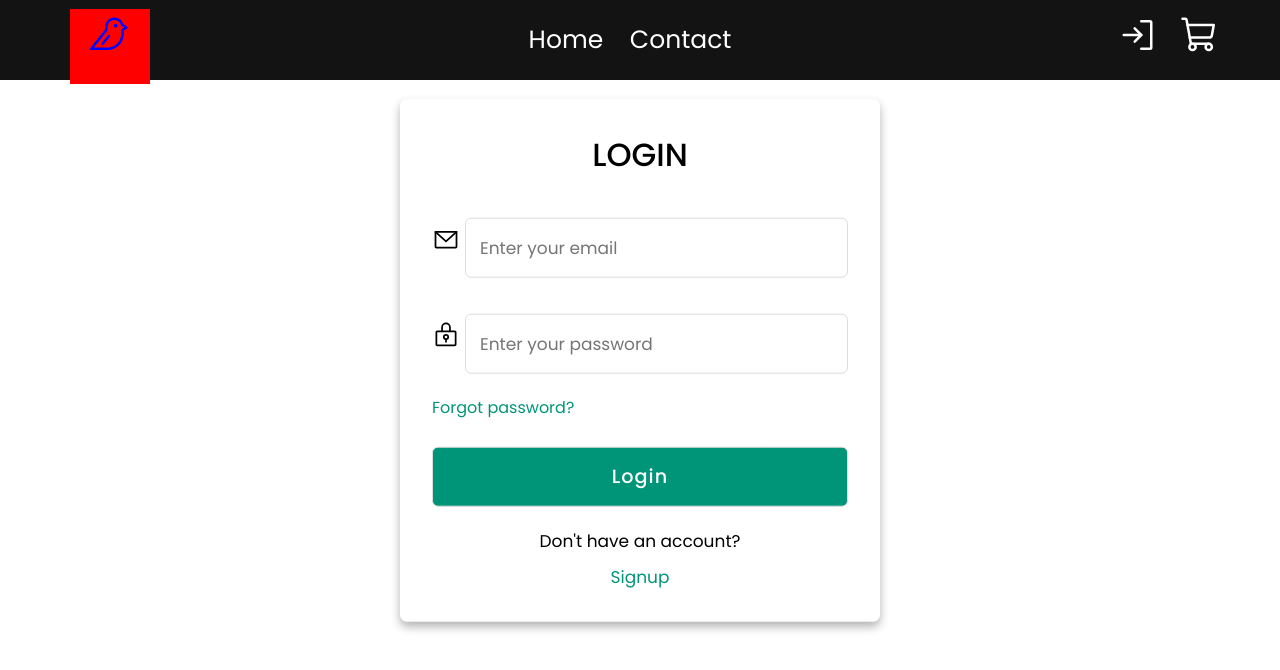
Repository: hoangdanh2/swp301
Page: /register
These files come from the project's save history. The page is drawn as it stood at one moment and after the next save; the edit follows.
The browser window is 1280 px wide. The pictures show the whole page.
The pointer rests on the first visible `.links a`.
The project was rebuilt for these pictures with package versions that can differ from the ones it lists, and the page was loaded fresh each time. Also part of the build but not shown: src/pages/shop/product.jsx, src/pages/shop/shop.css, src/pages/shop/shop.jsx, src/pages/contact/contact.jsx, src/pages/cart/cart-item.jsx, src/pages/cart/cart.css, src/pages/cart/cart.jsx.

Above is the page before, as saved 2023-05-29 12:58:34.

### src/App.js
import './App.css';
import { BrowserRouter as Router, Routes, Route } from "react-router-dom";
import { Navbar } from "./components/navbar";
import { Register } from "./pages/register/register";
import { Shop } from "./pages/shop/shop";
import { Contact } from "./pages/contact/contact";
import { Cart } from "./pages/cart/cart";
import { ShopContextProvider } from './context/shop-context';


function App() {
  return (
    <div className = "App">
      <ShopContextProvider>
        <Router>
          <Navbar />
          <Routes>
            <Route path = "/register" element = {<Register />} />
            <Route path = "/" element = {<Shop />} />
            <Route path = "/contact" element = {<Contact />} />
            <Route path = "/cart" element = {<Cart />} />
          </Routes>
        </Router>
      </ShopContextProvider>
    </div>
  );
}

export default App;

### src/App.css
.App {
  width: 100%;
  height: auto;
  min-height: 100vh;
  font-family: 'Segoe UI', Tahoma, Geneva, Verdana, sans-serif;
}

body {
  padding: 0;
  margin: 0;
}

### src/components/navbar.jsx
import React from "react";
import { Link } from "react-router-dom";
import { ShoppingCart, Bird, SignIn } from "phosphor-react";
import "./navbar.css";

export const Navbar = () => {
  return (
    <div className="navbar">
      <div className="links">
        <div className="icon">
          <Link to="/">
            <Bird size={40} />
          </Link>
        </div>
        <div className="middle">
          <Link to="/"> Home </Link>
          <Link to="/contact"> Contact</Link>
        </div>
        <div className="end">
            <Link to="/register">
                <SignIn size={40}/>
            </Link>
          <Link to="/cart">
            <ShoppingCart size={40} />
          </Link>
        </div>
      </div>
    </div>
  );
};

### src/pages/register/register.jsx
import React from "react";
import { EnvelopeSimple,LockKey } from "phosphor-react";
import "./register.css";

export const Register = () => {
  return (
    <div className="container">
    <input type="checkbox" id="check"></input>
    <div className="login form">
      <header>LOGIN</header>
      <form action="#">
        <div className="login-form">
        <span className="icon-login"><EnvelopeSimple size={28}></EnvelopeSimple></span>
        <input type="text" id="email" placeholder="Enter your email" required></input>
        <span className="icon-login"><LockKey size={28}></LockKey></span>
        <input type="password" id="password" placeholder="Enter your password" required></input>
        </div>
        <a href="#">Forgot password?</a>
        <input type="button" className="button" value="Login"></input>
      </form>
      <div className="signup">
        <span className="signup">Don't have an account?
         <label for="check">Signup</label>
        </span>
      </div>
    </div>
    <div className="registration form">
      <header>SIGNUP</header>
      <form action="#">
        <div className="login-form">
        <span className="icon-login"><EnvelopeSimple size={28}></EnvelopeSimple></span>
        <input type="text" id="email" placeholder="Enter your email" required></input>
        <span className="icon-login"><LockKey size={28}></LockKey></span>
        <input type="password" id="password" placeholder="Create a password" required></input>
        <span className="icon-login"><LockKey size={28}></LockKey></span>
        <input type="password" id="password"  placeholder="Confirm your password" required></input>
        <input type="button" className="button" value="Signup" required></input>
        </div>
      </form>
      <div className="signup">
        <span className="signup">Already have an account?
         <label for="check">Login</label>
        </span>
      </div>
    </div>
  </div>
  );
};

### src/context/shop-context.jsx
import { createContext, useEffect, useState } from "react";
import { PRODUCTS } from "../products";

export const ShopContext = createContext(null);

const getDefaultCart = () => {
    let cart = {};
    for (let i = 1; i < PRODUCTS.length + 1; i++) {
        cart[i] = 0;
    }
    return cart;
}

export const ShopContextProvider = (props) => {
    const [cartItems, setCartItems] = useState(getDefaultCart());

    const getTotalCartAmount = () => {
        let totalAmount = 0;
        for (const item in cartItems) {
            if (cartItems[item] > 0) {
                let itemInfo = PRODUCTS.find((product) => product.id === Number(item));
                totalAmount += cartItems[item] *itemInfo.price;
            }
        }
        return totalAmount;
    };

    const addToCart = (itemId) => {
        setCartItems((prev) => ({ ...prev, [itemId]: prev[itemId] + 1}));
    };

    const removeFromCart = (itemId) => {
        setCartItems((prev) => ({ ...prev, [itemId]: prev[itemId] - 1}));
    };

    const updateCartItemCount = (newAmount, itemId) => {
        setCartItems((prev) => ({ ...prev, [itemId]: newAmount }));
    };

    const checkout = () => {
        setCartItems(getDefaultCart());
    };

    const contextValue = {
        cartItems,
        addToCart,
        updateCartItemCount,
        removeFromCart,
        getTotalCartAmount,
        checkout,
    };

    return (
        <ShopContext.Provider value={contextValue}>
            {props.children}
        </ShopContext.Provider>
    );
};

### src/components/navbar.css
.navbar {
    width: 100%;
    height: 80px;
    background-color: rgb(19, 19, 19);
    display: flex;
    justify-content: center;
    align-items: center;
}

.links {
    margin-right: 50px;
    display: flex;
    align-items: center;
    justify-content: space-between;
    width: 100%;
}

.icon {
    margin-left: 50px;
}

.end {
    padding: 0 10px;
}

.links a {
    text-decoration: none;
    color: white;
    margin-left: 20px;
    font-size: 25px;
}
.links a:hover {
    width: 100%;
    color: blue;
    background-color: red;
    padding: 20px;
}

### src/pages/register/register.css
/* Import Google font - Poppins */
@import url('https://fonts.googleapis.com/css2?family=Poppins:wght@200;300;400;500;600;700&display=swap');
*{
  margin: 0;
  padding: 0;
  box-sizing: border-box;
  font-family: 'Poppins', sans-serif;
}

.container{
  position: absolute;
  top: 50%;
  left: 50%;
  transform: translate(-50%,-50%);
  max-width: 480px;
  width: 100%;
  background: #fff;
  border-radius: 7px;
  box-shadow: 0 5px 10px rgba(0,0,0,0.3);
}

.container .registration{
  display: none;
}

#check:checked ~ .registration{
  display: block;
}

#check:checked ~ .login{
  display: none;
}

#check{
  display: none;
}

.container .form{
  padding: 2rem;
}

.form header{
  font-size: 2rem;
  font-weight: 500;
  text-align: center;
  margin-bottom: 1.5rem;
}

 .form input{
   height: 60px;
   width: 92%;
   padding: 0 14px;
   font-size: 17px;
   margin-top: 15px;
   margin-bottom: 1.3rem;
   border: 1px solid #ddd;
   border-radius: 6px;
   outline: none;
 }

 .form input:focus{
   box-shadow: 0 1px 0 rgba(0,0,0,0.2);
 }

.form a{
  font-size: 16px;
  color: #009579;
  text-decoration: none;
}

.form a:hover{
  text-decoration: underline;
}

.form input.button{
  color: #fff;
  background: #009579;
  font-size: 1.2rem;
  font-weight: 500;
  letter-spacing: 1px;
  margin-top: 1.7rem;
  cursor: pointer;
  transition: 0.4s;
  width: 100%;
}

.form input.button:hover{
  background: #006653;
}

.signup{
  font-size: 17px;
  text-align: center;
}

.signup label{
  color: #009579;
  cursor: pointer;
}

.signup label:hover{
  text-decoration: underline;
}

.icon-login {
  margin-right: 5px;
}

### src/products.js
import product1 from "./assets/products/1.png";
import product2 from "./assets/products/1.png";
import product3 from "./assets/products/1.png";
import product4 from "./assets/products/1.png";
import product5 from "./assets/products/1.png";
import product6 from "./assets/products/1.png";
import product7 from "./assets/products/1.png";
import product8 from "./assets/products/1.png";

export const PRODUCTS = [
  {
    id: 1,
    productName: "Bird Food",
    price: 999.0,
    productImage: product1,
  },
  {
    id: 2,
    productName: "Bird Food",
    price: 1999.0,
    productImage: product2,
  },
  {
    id: 3,
    productName: "Bird Food",
    price: 699.0,
    productImage: product3,
  },
  {
    id: 4,
    productName: "Bird Food",
    price: 228.0,
    productImage: product4,
  },
  {
    id: 5,
    productName: "Bird Food",
    price: 19.99,
    productImage: product5,
  },
  {
    id: 6,
    productName: "Bird Food",
    price: 68.0,
    productImage: product6,
  },
  {
    id: 7,
    productName: "Bird Food",
    price: 120.0,
    productImage: product7,
  },
  {
    id: 8,
    productName: "Bird Food",
    price: 40.0,
    productImage: product8,
  },
];

### src/pages/contact/contact.css
.contact{
    max-width: 400px;
    margin: 0 auto;
    padding: 20px;
}
.title-contact{
    text-align: center;
}
label{
    display: block;
    margin-top: 10px;
}
.form-contact{

    text-align: center;
}
/*
input[type="text"],
input[type="email"],
input[type="message"],
textarea {
  width: 100%;
  padding: 8px;
  border: 1px solid #ccc;
  border-radius: 4px;
  box-sizing: border-box;
  margin-top: 5px;
  margin-bottom: 10px;
} */

input[type="submit"] {
    background-color: #4CAF50;
    color: white;
    padding: 10px 15px;
    border: none;
    border-radius: 4px;
    cursor: pointer;
    font-size: 16px;
  }

  input[type="submit"]:hover {
    background-color: #45a049;
  }

  textarea {
    height: 100px;
  }

Loaded but not shown: public/index.html (common file); src/index.js (common file); src/index.css (common file); src/reportWebVitals.js (common file); public/manifest.json (common file)

After the next save:
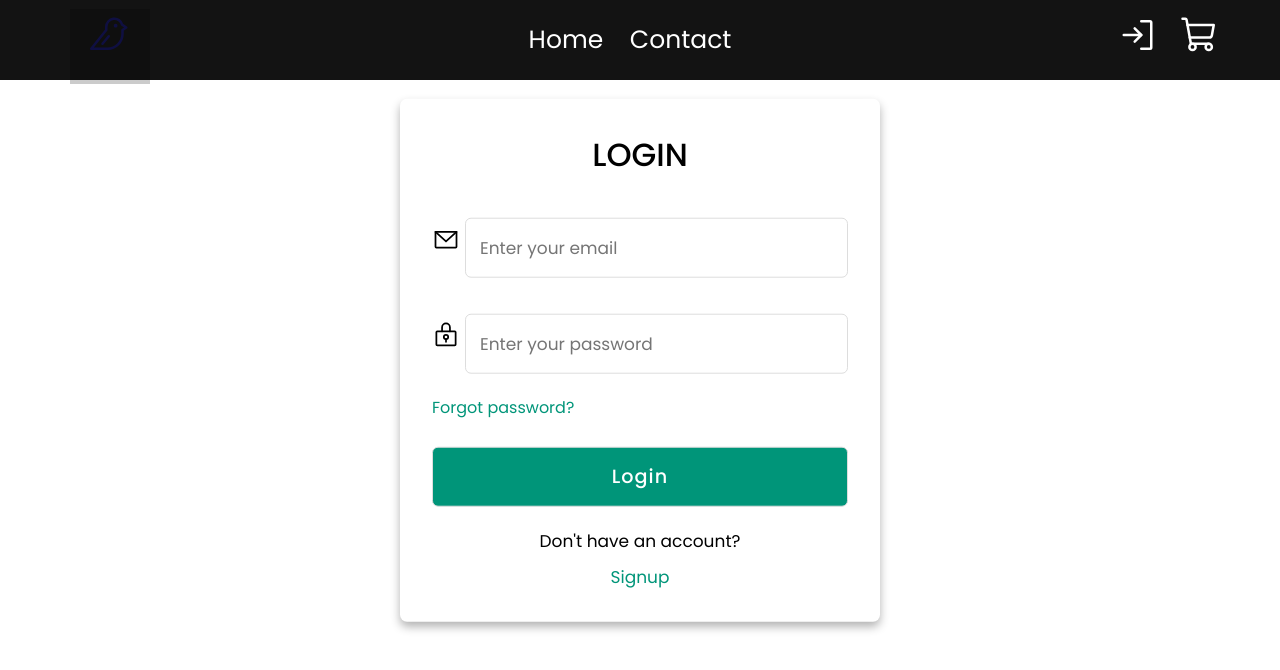
Saved 54 s later.
--- a/src/components/navbar.css
+++ b/src/components/navbar.css
@@ -32,6 +32,7 @@
 .links a:hover {
     width: 100%;
     color: blue;
-    background-color: red;
+    background-color: black;
+    opacity: 0.2;
     padding: 20px;
 }
